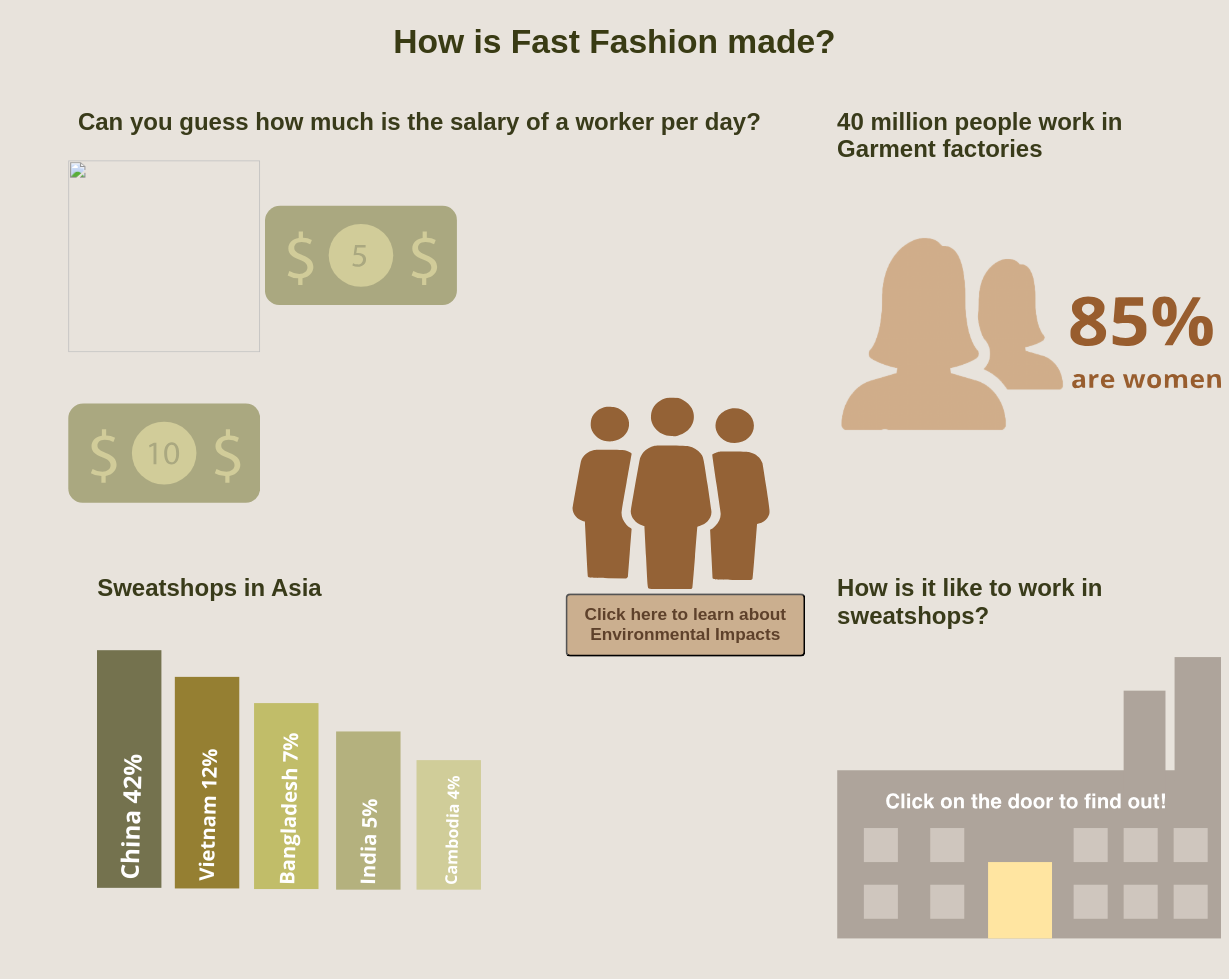
Repository: DevOfHockey/mdia-2190-midterm
Page: fashionlabor.html
The author's editor kept a copy of each file at every save. The page is drawn from the files as they stood at one save, then again after the next save.
The browser window is 1280 px wide. The pictures show the whole page, at 96% of full size.

Above is the page before, as saved 2022-03-07 18:58:04.

After the next save:
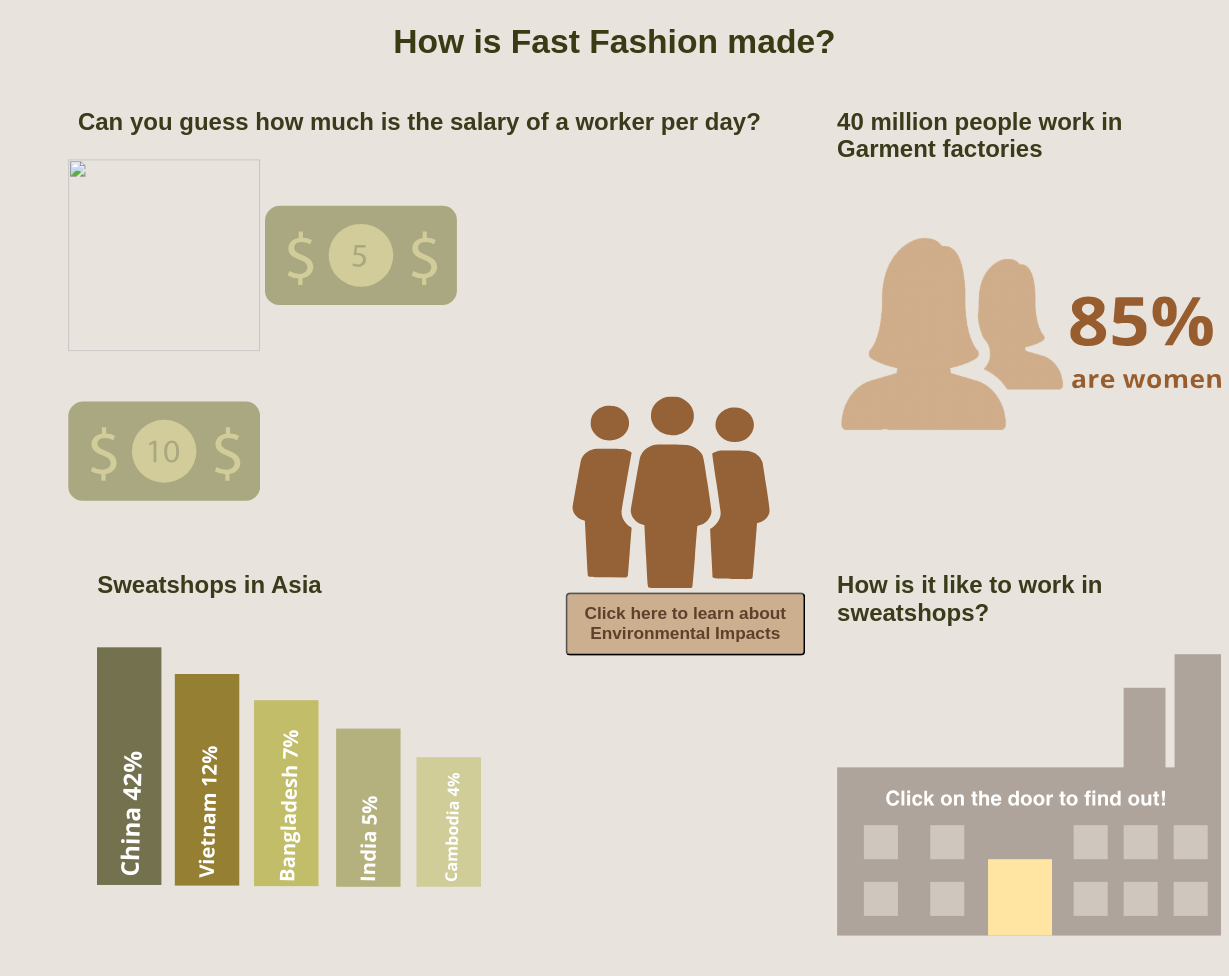
Saved 65 s later.
--- a/comps/salarybox.js
+++ b/comps/salarybox.js
@@ -7,12 +7,11 @@ template_salary.innerHTML = `
 img {
     width: 200px;
     height: 200px;
-    margin-bottom: 1px;
 }
 
 img:nth-child(3) {
     display: block;
-    margin-top: 1px;
+    align-items: center;
 
 </style>
 
